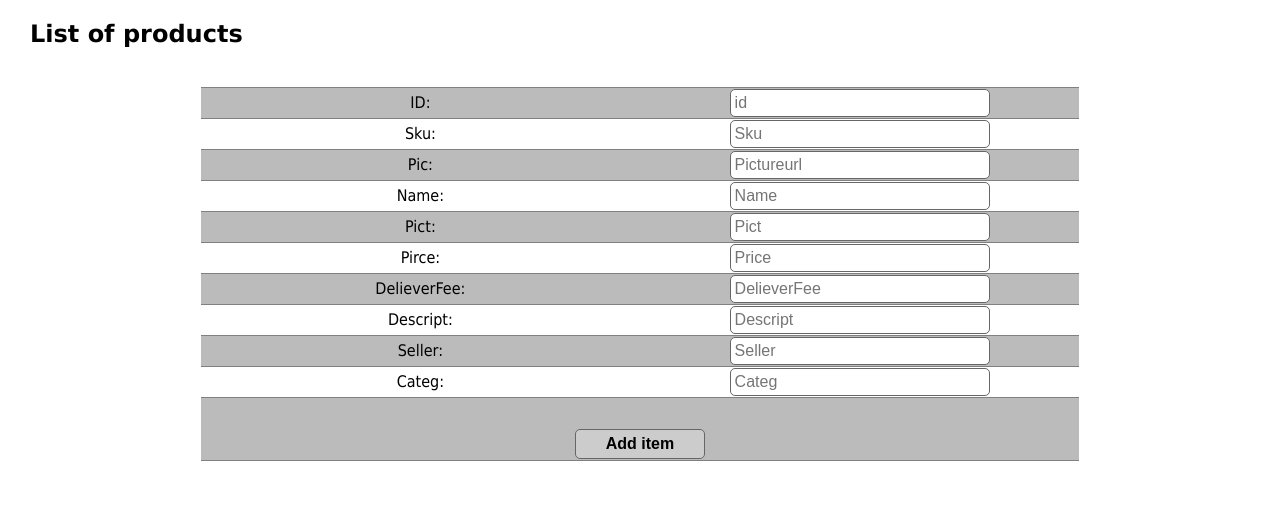
Repository: UnforgivenZZZ/bulldog
Page: bulldog/WebContent/WEB-INF/addingitem.html
These files come from the project's save history. The page is drawn as it stood at one moment and after the next save; the edit follows.
The browser window is 1280 px wide. The pictures show the whole page.

Above is the page before, as saved 2017-07-13 01:49:03.

### bulldog/WebContent/WEB-INF/addingitem.html
<!DOCTYPE html PUBLIC "-//W3C//DTD HTML 4.01 Transitional//EN" "http://www.w3.org/TR/html4/loose.dtd">
<html>
<head>
<meta http-equiv="Content-Type" content="text/html; charset=ISO-8859-1">
<title>Adding new item</title>
<link type="text/css" rel="stylesheet" href="css/add-products-style.css">
<link type="text/css" rel="stylesheet" href="css/style.css">
</head>
<body>

<!-- 	id,sku,pic,name,pict,price,delieverFee,descript,seller,categ,postDate -->
    <form action="adding" method="post">
        <table border="0" width="45%" align="center">


			<h2>List of products</h2>


             <tr>
                <td width="50%">ID: </td>
                <td><input type="text" placeholder="id" name="_id"></td>
            </tr>
             <tr>
                <td width="50%">Sku: </td>
                <td><input type="text" placeholder="Sku" name="_Sku"></td>
            </tr>
            <tr>
                <td>Pic: </td>
                <td><input type="text" placeholder="Pictureurl" name="_Pictureurl"></td>
            </tr>
            <tr>
                <td>Name: </td>
                <td><input type="text" placeholder="Name" name="_Name"></td>
            </tr>
             <tr>
                <td>Pict: </td>
                <td><input type="text" placeholder="Pict" name="_Pict"></td>
            </tr>
             <tr>
                <td>Pirce: </td>
                <td><input type="text" placeholder="Price" name="_Price"></td>
            </tr>
            <tr>
                <td>DelieverFee: </td>
                <td><input type="text" placeholder="DelieverFee" name="_DelieverFee"></td>
            </tr>
            <tr>
                <td>Descript: </td>
                <td><input type="text" placeholder="Descript" name="_Descript"></td>
            </tr>
             <tr>
                <td>Seller: </td>
                <td><input type="text" placeholder="Seller" name="_Seller"></td>
            </tr>
            <tr>
                <td>Categ: </td>
                <td><input type="text" placeholder="Categ" name="_Categ"></td>
            </tr>



			<br/>

            <tr>
            <!-- change to onlick cannot proces if not working with duplicate -->
                <td colspan="2" align="center"><input type="Submit" value="Add item" class="save"/></td>
            </tr>
        </table>

    </form>
</body>
</html>

### bulldog/WebContent/css/style.css
html, body{
	margin-left:15px; margin-right:15px;
	padding:0px;
	font-family:Verdana, Arial, Helvetica, sans-serif;
}

table {
	border-collapse:collapse;
	border-bottom:1px solid gray;
	font-family: Tahoma,Verdana,Segoe,sans-serif;
	width:72%;
}

th {
	border-bottom:1px solid gray;
	background:none repeat scroll 0 0 #0775d3;
	padding:10px;
	color: #FFFFFF;
}

tr {
	border-top:1px solid gray;
	text-align:center;
}

tr:nth-child(even) {background: #FFFFFF}
tr:nth-child(odd) {background: #BBBBBB}

#wrapper {width: 100%; margin-top: 0px; }
#header {width: 70%; background: #0775d3; margin-top: 0px; padding:15px 0px 15px 15px;}
#header h2 {width: 100%; margin:auto; color: #FFFFFF;}
#container {width: 100%; margin:auto}
#container h3 {color: #000;}
#container #content {margin-top: 20px;}

.add-student-button {
	border: 1px solid #666;
	border-radius: 5px;
	padding: 4px;
	font-size: 12px;
	font-weight: bold;
	width: 120px;
	padding: 5px 10px;

	margin-bottom: 15px;
	background: #cccccc;
}

Loaded but not shown: bulldog/WebContent/css/add-products-style.css (common file)

After the next save:
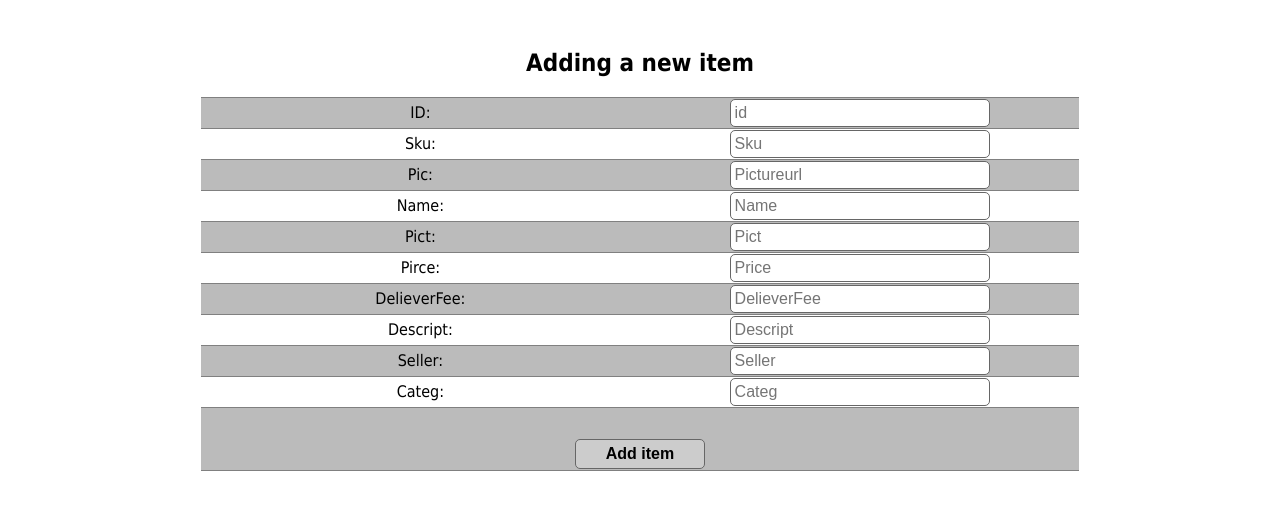
Saved 22 s later.
--- a/bulldog/WebContent/WEB-INF/addingitem.html
+++ b/bulldog/WebContent/WEB-INF/addingitem.html
@@ -11,11 +11,7 @@
 <!-- 	id,sku,pic,name,pict,price,delieverFee,descript,seller,categ,postDate -->
     <form action="adding" method="post">
         <table border="0" width="45%" align="center">
-
-
-			<h2>List of products</h2>
-
-
+            <caption><h2>Adding a new item</h2></caption>
              <tr>
                 <td width="50%">ID: </td>
                 <td><input type="text" placeholder="id" name="_id"></td>
